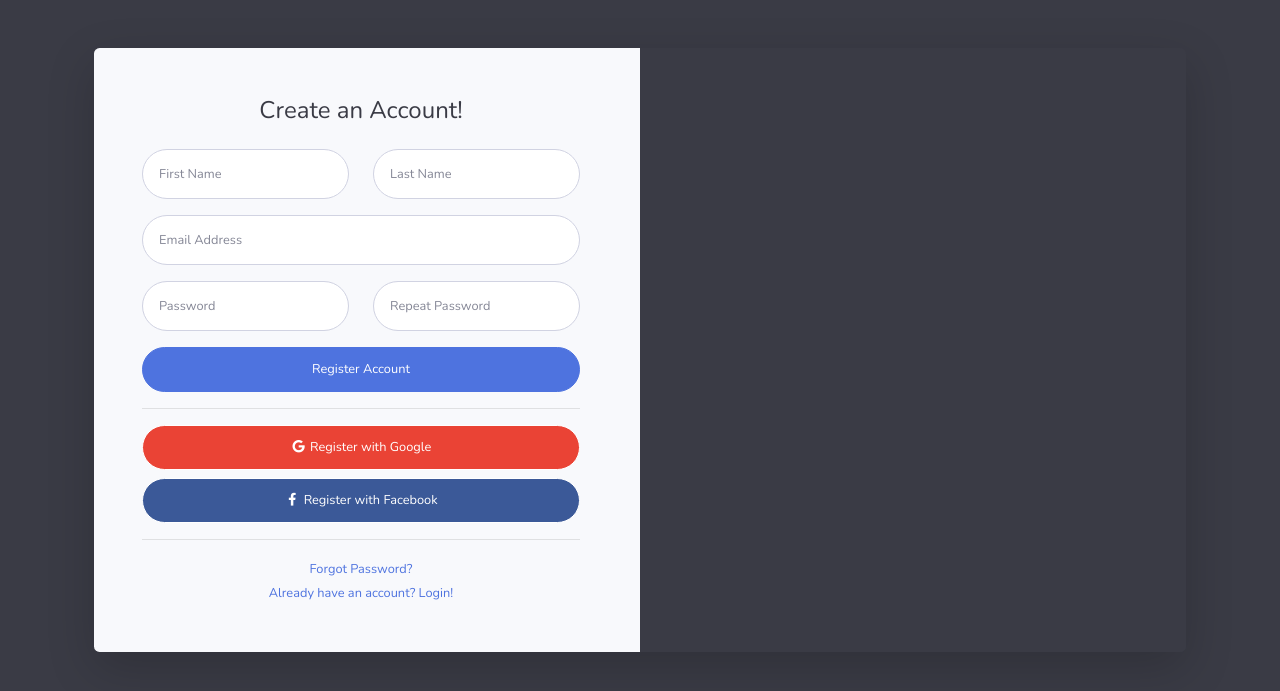
Repository: TuanLe8899/SpringBootProject
Page: http://localhost/register
These files come from the project's save history. The page is drawn as it stood at one moment and after the next save; the edit follows.
The browser window is 1280 px wide. The pictures show the whole page.
The page is this project's Thymeleaf template; nobody is signed in. Other server files are loaded and not shown. The template is opened directly, without the code that normally fills it, so the values that code supplies are empty.

Above is the page before, as saved 2022-08-24 14:59:40.

### complaint_management/src/main/resources/templates/register.html
<!DOCTYPE html>
<html lang="en" xmlns="http://www.w3.org/1999/xhtml" xmlns:th="http://www.thymeleaf.org"
    xmlns:sec="http://www.thymeleaf.org" xmlns:layout="http://www.ultraq.net.nz/thymeleaf/layout">

<head>

    <meta charset="utf-8">
    <meta http-equiv="X-UA-Compatible" content="IE=edge">
    <meta name="viewport" content="width=device-width, initial-scale=1, shrink-to-fit=no">
    <meta name="description" content="">
    <meta name="author" content="">

    <title>register</title>

    <!-- Custom fonts for this template-->
    <link th:href="@{/vendor/fontawesome-free/css/all.min.css}" rel="stylesheet" type="text/css">
    <link
        href="https://fonts.googleapis.com/css?family=Nunito:200,200i,300,300i,400,400i,600,600i,700,700i,800,800i,900,900i"
        rel="stylesheet">

    <!-- Custom styles for this template-->
    <link th:href="@{/css/sb-admin-2.min.css}" rel="stylesheet">

</head>

<body class="bg-gray-900">

    <div class="container">

        <div class="card o-hidden border-0 shadow-lg my-5 bg-gray-900">
            <div class="card-body p-0 bg-gray-900">
                <!-- Nested Row within Card Body -->
                <div class="row bg-gray-900">
                    <div class="col-6 bg-gray-100">
                        <div class="p-5">
                            <div class="text-center">
                                <h1 class="h4 text-gray-900 mb-4">Create an Account!</h1>
                            </div>
                            <form class="user">
                                <div class="form-group row">
                                    <div class="col-sm-6 mb-3 mb-sm-0">
                                        <input type="text" class="form-control form-control-user" id="exampleFirstName"
                                            placeholder="First Name">
                                    </div>
                                    <div class="col-sm-6">
                                        <input type="text" class="form-control form-control-user" id="exampleLastName"
                                            placeholder="Last Name">
                                    </div>
                                </div>
                                <div class="form-group">
                                    <input type="email" class="form-control form-control-user" id="exampleInputEmail"
                                        placeholder="Email Address">
                                </div>
                                <div class="form-group row">
                                    <div class="col-sm-6 mb-3 mb-sm-0">
                                        <input type="password" class="form-control form-control-user"
                                            id="exampleInputPassword" placeholder="Password">
                                    </div>
                                    <div class="col-sm-6">
                                        <input type="password" class="form-control form-control-user"
                                            id="exampleRepeatPassword" placeholder="Repeat Password">
                                    </div>
                                </div>
                                <a href="login.html" class="btn btn-primary btn-user btn-block">
                                    Register Account
                                </a>
                                <hr>
                                <a href="index.html" class="btn btn-google btn-user btn-block">
                                    <i class="fab fa-google fa-fw"></i> Register with Google
                                </a>
                                <a href="index.html" class="btn btn-facebook btn-user btn-block">
                                    <i class="fab fa-facebook-f fa-fw"></i> Register with Facebook
                                </a>
                            </form>
                            <hr>
                            <div class="text-center">
                                <a class="small" href="forgot-password.html">Forgot Password?</a>
                            </div>
                            <div class="text-center">
                                <a class="small" href="login.html">Already have an account? Login!</a>
                            </div>
                        </div>
                    </div>
                </div>
            </div>
        </div>

    </div>

    <!-- Bootstrap core JavaScript-->
    <script th:src="@{/vendor/jquery/jquery.min.js}"></script>
    <script th:src="@{/vendor/bootstrap/js/bootstrap.bundle.min.js}"></script>

    <!-- Core plugin JavaScript-->
    <script th:src="@{/vendor/jquery-easing/jquery.easing.min.js}"></script>

    <!-- Custom scripts for all pages-->
    <script th:src="@{/js/sb-admin-2.min.js}"></script>

</body>

</html>

Loaded but not shown: complaint_management/src/main/resources/static/css/sb-admin-2.min.css (library); complaint_management/src/main/resources/static/js/sb-admin-2.min.js (common file)

After the next save:
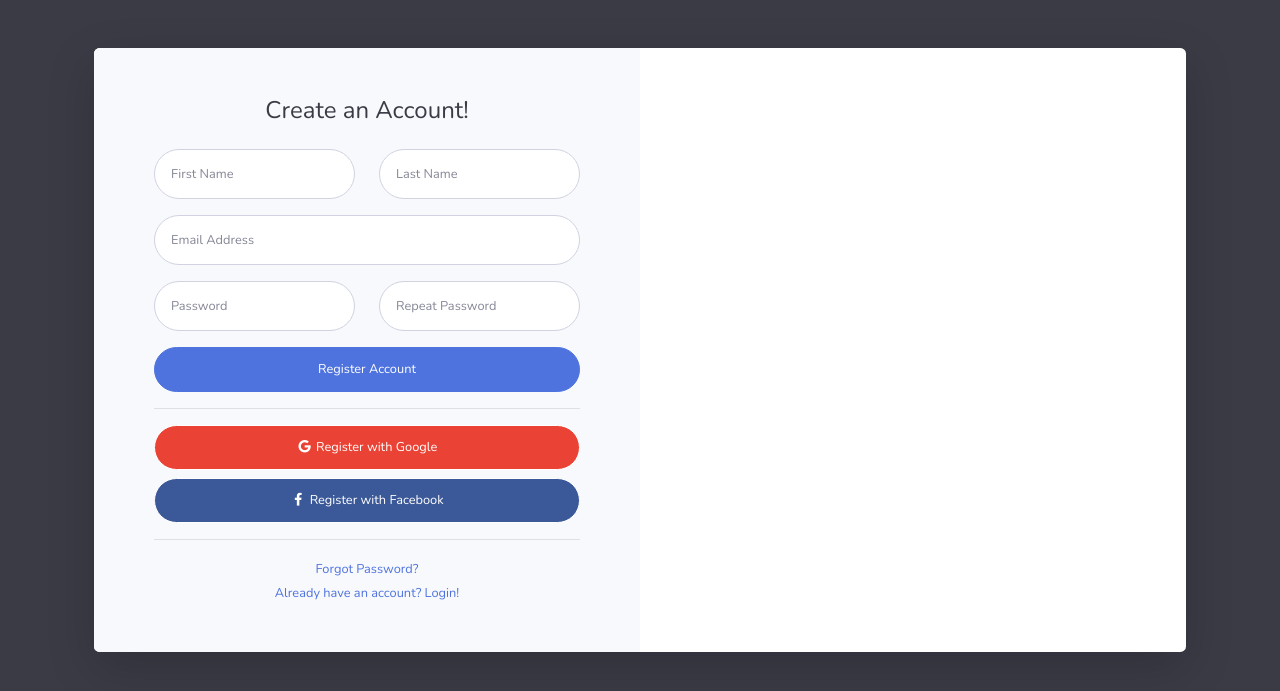
Saved 22 s later.
--- a/complaint_management/src/main/resources/templates/register.html
+++ b/complaint_management/src/main/resources/templates/register.html
@@ -27,10 +27,9 @@
 
     <div class="container">
 
-        <div class="card o-hidden border-0 shadow-lg my-5 bg-gray-900">
-            <div class="card-body p-0 bg-gray-900">
+        <div class="card o-hidden border-0 shadow-lg my-5">
+            <div class="card-body p-0">
                 <!-- Nested Row within Card Body -->
-                <div class="row bg-gray-900">
                     <div class="col-6 bg-gray-100">
                         <div class="p-5">
                             <div class="text-center">
@@ -81,7 +80,6 @@
                             </div>
                         </div>
                     </div>
-                </div>
             </div>
         </div>
 

After the save that followed:
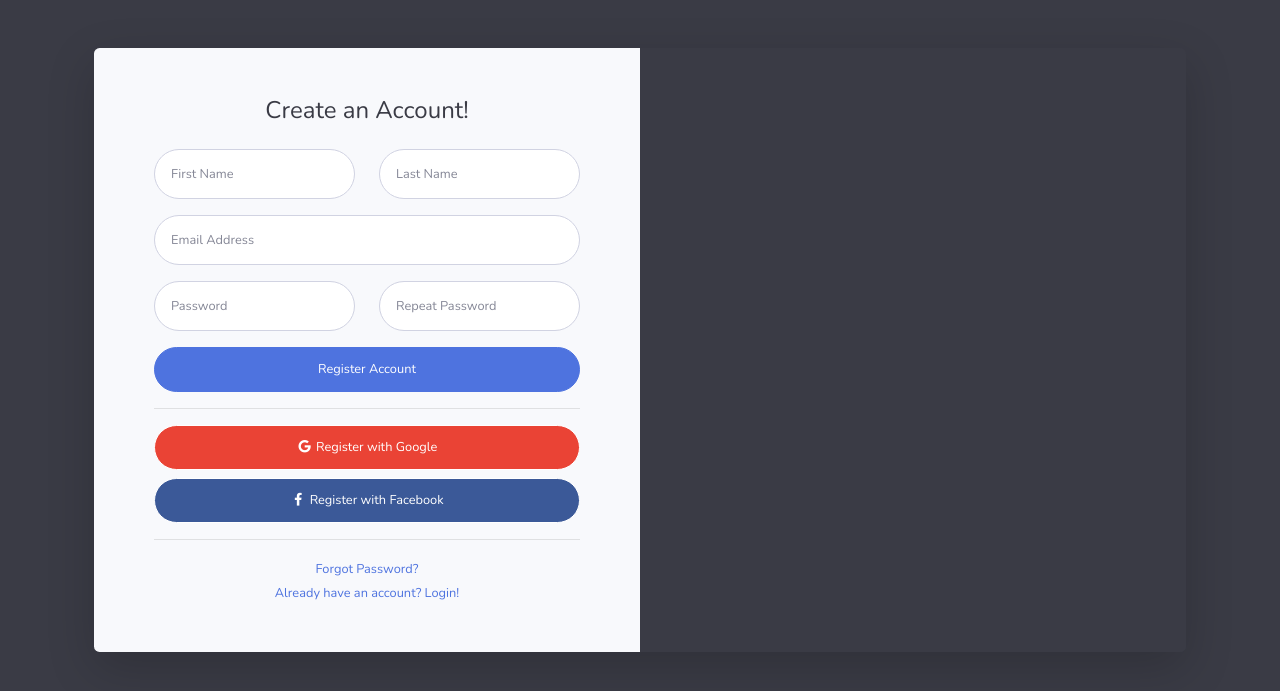
Saved 17 s later.
--- a/complaint_management/src/main/resources/templates/register.html
+++ b/complaint_management/src/main/resources/templates/register.html
@@ -27,8 +27,8 @@
 
     <div class="container">
 
-        <div class="card o-hidden border-0 shadow-lg my-5">
-            <div class="card-body p-0">
+        <div class="card o-hidden border-0 shadow-lg my-5 bg-gray-900">
+            <div class="card-body p-0 bg-gray-900">
                 <!-- Nested Row within Card Body -->
                     <div class="col-6 bg-gray-100">
                         <div class="p-5">
